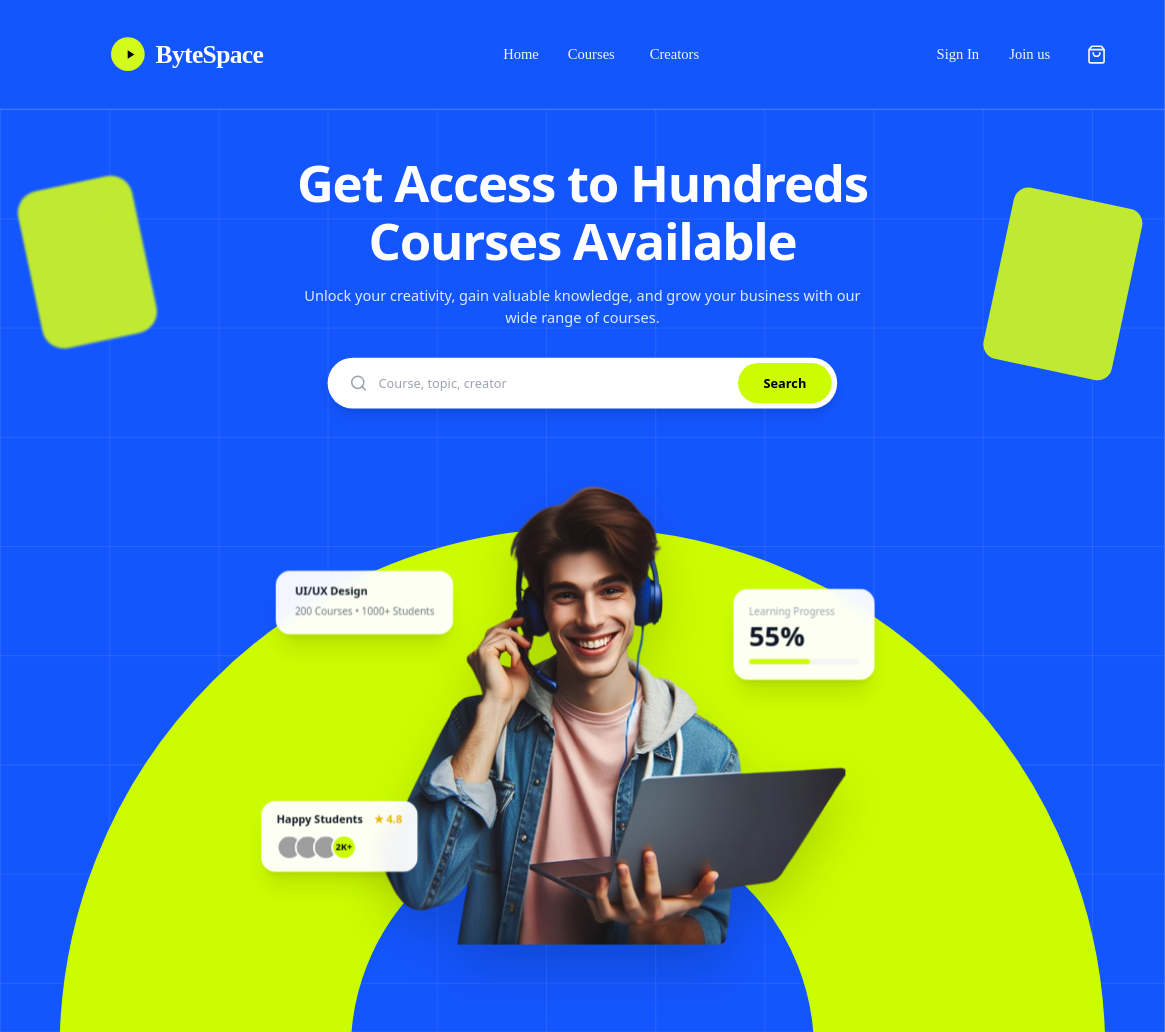
Repository: mdkawsarjomadder/bytespace
Page: /
An editor plug-in stored every save of this project. The page is shown before and after the next save, followed by the edit.
The browser window is 1280 px wide. The pictures show the whole page, at 91% of full size.
Pictures or frames that could not be fetched are drawn as grey boxes. Some web fonts or font styles are not loaded; a fallback is used. The project was rebuilt for these pictures with package versions that can differ from the ones it lists, and the page was loaded fresh each time. Also part of the build but not shown: vite.config.js.

Above is the page before, as saved 2026-09-29 18:00:55.

### index.html
<!doctype html>
<html lang="en">
  <head>
    <meta charset="UTF-8" />
    <link rel="icon" type="image/svg+xml" href="/favicon.svg" />
    <meta name="viewport" content="width=device-width, initial-scale=1.0" />
    <title>bytespace</title>
  </head>
  <body>
    <div id="root"></div>
    <script type="module" src="/src/main.jsx"></script>
    <link href="https://api.fontshare.com/v2/css?f[]=satoshi@400,500,700&display=swap" rel="stylesheet">
  </body>
</html>

### src/App.jsx
import React from 'react';
import Navbar from './components/Navbar';
import Hero from './components/Hero';

function App() {
  return (
    <div className="min-h-screen bg-gray-50 font-sans">
      <Navbar />
      <Hero />
    </div>
  );
}

export default App;

### src/components/Navbar.jsx
import React from 'react';
import { ShoppingBag } from 'lucide-react';

const Navbar = () => {
  return (
    <header className="w-full h-[120px] bg-[#1456fd] border-b border-blue-400/20 pl-[122px] pr-16 flex items-center justify-between relative z-50">
      {/* 1. Brand Logo (Figma Specs: 171px x 37px) */}
      <div
        className="w-[171px] h-[37px] flex items-center gap-3 cursor-pointer select-none"
        style={{ opacity: 1 }}
      >
        {/* Play Icon Logo */}
        <div className="w-[37px] h-[37px] rounded-full bg-[#d2fb1b] flex items-center justify-center shrink-0">
          <svg
            className="w-4 h-4 text-black fill-current translate-x-0.5"
            viewBox="0 0 24 24"
          >
            <path d="M8 5v14l11-7z" />
          </svg>
        </div>
        {/* Logo Text */}
        <span className="text-[28px] font-bold tracking-tight text-white leading-none font-['Satoshi']">
          ByteSpace
        </span>
      </div>

      {/* 2. Navigation Links */}
      <nav className="hidden md:flex items-center gap-8 font-['Satoshi']">
        <a
          href="#home"
          className="text-[#F5F5F6] text-[16px] leading-[160%] font-normal hover:text-[#d2fb1b] transition-colors"
        >
          Home
        </a>
        <a
          href="#courses"
          className="w-[58px] h-[26px] flex items-center text-[#F5F5F6] text-[16px] leading-[160%] font-normal hover:text-[#d2fb1b] transition-colors"
          style={{ opacity: 1 }}
        >
          Courses
        </a>
        <a
          href="#creators"
          className="text-[#F5F5F6] text-[16px] leading-[160%] font-normal hover:text-[#d2fb1b] transition-colors"
        >
          Creators
        </a>
      </nav>

      {/* 3. Action Buttons & Cart */}
      <div className="flex items-center gap-6 font-['Satoshi']">
        <button
          className="w-[49px] h-[24px] flex items-center justify-center text-[#F5F5F6] text-[16px] leading-[24px] font-normal hover:text-white/80 transition-colors"
          style={{ opacity: 1 }}
        >
          Sign In
        </button>
        <button
          className="h-[24px] px-2 flex items-center justify-center text-[#F5F5F6] text-[16px] leading-[24px] font-normal hover:text-white/80 transition-colors"
          style={{ opacity: 1 }}
        >
          Join us
        </button>
        <button className="text-[#F5F5F6] hover:text-[#d2fb1b] transition-colors flex items-center justify-center ml-2">
          <ShoppingBag size={22} strokeWidth={2} />
        </button>
      </div>
    </header>
  );
};

export default Navbar;

### src/components/Hero.jsx
import React from 'react';
import { Search } from 'lucide-react';
import One1 from '../assets/01.png';

const Hero = () => {
  return (
    <section className="relative w-full bg-[#1456fd] overflow-hidden pt-12 pb-24 text-white flex flex-col items-center">
      {/* 1. Background Grid Accent Lines */}
      <div className="absolute inset-0 bg-[linear-gradient(to_right,#ffffff15_1px,transparent_1px),linear-gradient(to_bottom,#ffffff15_1px,transparent_1px)] bg-[size:120px_120px] pointer-events-none" />

      {/* 2. Figma Ellipse 7 (1149px x 1149px with 320px border #CBFC01) */}
      <div
        className="absolute rounded-full pointer-events-none z-0"
        style={{
          width: '1149px',
          height: '1149px',
          top: '460px',
          left: '50%',
          transform: 'translateX(-50%)',
          border: '320px solid #CBFC01',
          boxSizing: 'border-box',
        }}
      />

      {/* 3. Decorative 3D Elements */}
      <div className="absolute left-8 top-20 w-32 h-44 bg-[#d2fb1b] rounded-3xl opacity-90 blur-[1px] transform -rotate-12 pointer-events-none hidden lg:block" />
      <div className="absolute right-10 top-24 w-36 h-48 bg-[#d2fb1b] rounded-2xl opacity-90 transform rotate-12 pointer-events-none hidden lg:block" />

      {/* 4. Top Text & Search Bar Container (Figma: Fixed 1200px, Gap 60px) */}
      <div className="relative z-10 w-full max-w-[1200px] mx-auto px-4 flex flex-col items-center text-center">

        {/* Main Headline */}
        <h1 className="text-4xl md:text-[56px] font-bold tracking-tight text-white leading-[1.15] max-w-[900px]">
          Get Access to Hundreds <br /> Courses Available
        </h1>

        {/* Subtitle */}
        <p className="mt-4 text-sm md:text-base text-blue-100 max-w-[650px] font-normal leading-relaxed">
          Unlock your creativity, gain valuable knowledge, and grow your business with our wide range of courses.
        </p>

        {/* Search Bar */}
        <div className="mt-8 w-full max-w-[560px] bg-white rounded-full p-1.5 pl-6 flex items-center shadow-lg justify-between gap-3">
          <div className="flex items-center gap-3 w-full">
            <Search className="w-5 h-5 text-gray-400 shrink-0" />
            <input
              type="text"
              placeholder="Course, topic, creator"
              className="w-full bg-transparent text-gray-800 placeholder-gray-400 focus:outline-none text-sm font-medium"
            />
          </div>
          <button className="bg-[#CBFC01] hover:bg-[#b5e200] text-black font-semibold text-sm px-7 py-3 rounded-full transition-all duration-200 shrink-0 cursor-pointer">
            Search
          </button>
        </div>
      </div>

      {/* 5. Hero Visual Area (Exact Figma Specs: Width 578px, Height 541px) */}
      <div className="relative w-full max-w-[578px] h-[541px] mt-12 flex justify-center items-end z-10">

        {/* Main Student Image */}
        <img
          src={One1}
          alt="Student Learning"
          className="w-[578px] h-[541px] top-512 left-431  object-contain relative z-10 drop-shadow-2xl"
        />

        {/* Floating Card: UI/UX Design (Top Left) */}
        <div className="absolute -left-12 top-[130px] z-20 bg-white/95 backdrop-blur text-black p-3.5 px-5 rounded-2xl shadow-xl border border-white/20">
          <span className="text-xs font-bold text-gray-900 block">UI/UX Design</span>
          <span className="text-[11px] text-gray-500 font-medium">200 Courses • 1000+ Students</span>
        </div>

        {/* Floating Card: Learning Progress (Top Right) */}
        <div className="absolute -right-8 top-[150px] z-20 bg-white/95 backdrop-blur text-black p-4 rounded-2xl shadow-xl border border-white/20 min-w-[155px]">
          <span className="text-[11px] font-medium text-gray-400 block mb-1">Learning Progress</span>
          <span className="text-3xl font-extrabold text-gray-900 block leading-none">55%</span>
          <div className="w-full bg-gray-100 h-1.5 rounded-full mt-2.5 overflow-hidden">
            <div className="bg-[#CBFC01] h-full w-[55%] rounded-full" />
          </div>
        </div>

        {/* Floating Card: Happy Students (Bottom Left) */}
        <div className="absolute -left-16 bottom-[80px] z-20 bg-white/95 backdrop-blur text-black p-3 px-4 rounded-2xl shadow-xl border border-white/20">
          <div className="flex items-center justify-between gap-3 mb-2">
            <span className="text-xs font-bold text-gray-900">Happy Students</span>
            <span className="text-xs font-semibold text-yellow-500">★ 4.8</span>
          </div>
          <div className="flex items-center -space-x-2">
            <img className="w-7 h-7 rounded-full border-2 border-white object-cover" src="https://images.unsplash.com/photo-1534528741775-53994a69daeb?auto=format&fit=crop&w=64&q=80" alt="avatar" />
            <img className="w-7 h-7 rounded-full border-2 border-white object-cover" src="https://images.unsplash.com/photo-1507003211169-0a1dd7228f2d?auto=format&fit=crop&w=64&q=80" alt="avatar" />
            <img className="w-7 h-7 rounded-full border-2 border-white object-cover" src="https://images.unsplash.com/photo-1494790108377-be9c29b29330?auto=format&fit=crop&w=64&q=80" alt="avatar" />
            <div className="w-7 h-7 rounded-full bg-[#CBFC01] border-2 border-white flex items-center justify-center text-[10px] font-bold text-black">
              2K+
            </div>
          </div>
        </div>

      </div>
    </section>
  );
};

export default Hero;

Loaded but not shown: src/main.jsx (common file); src/index.css (common file); tailwind.config.js (common file)

After the next save:
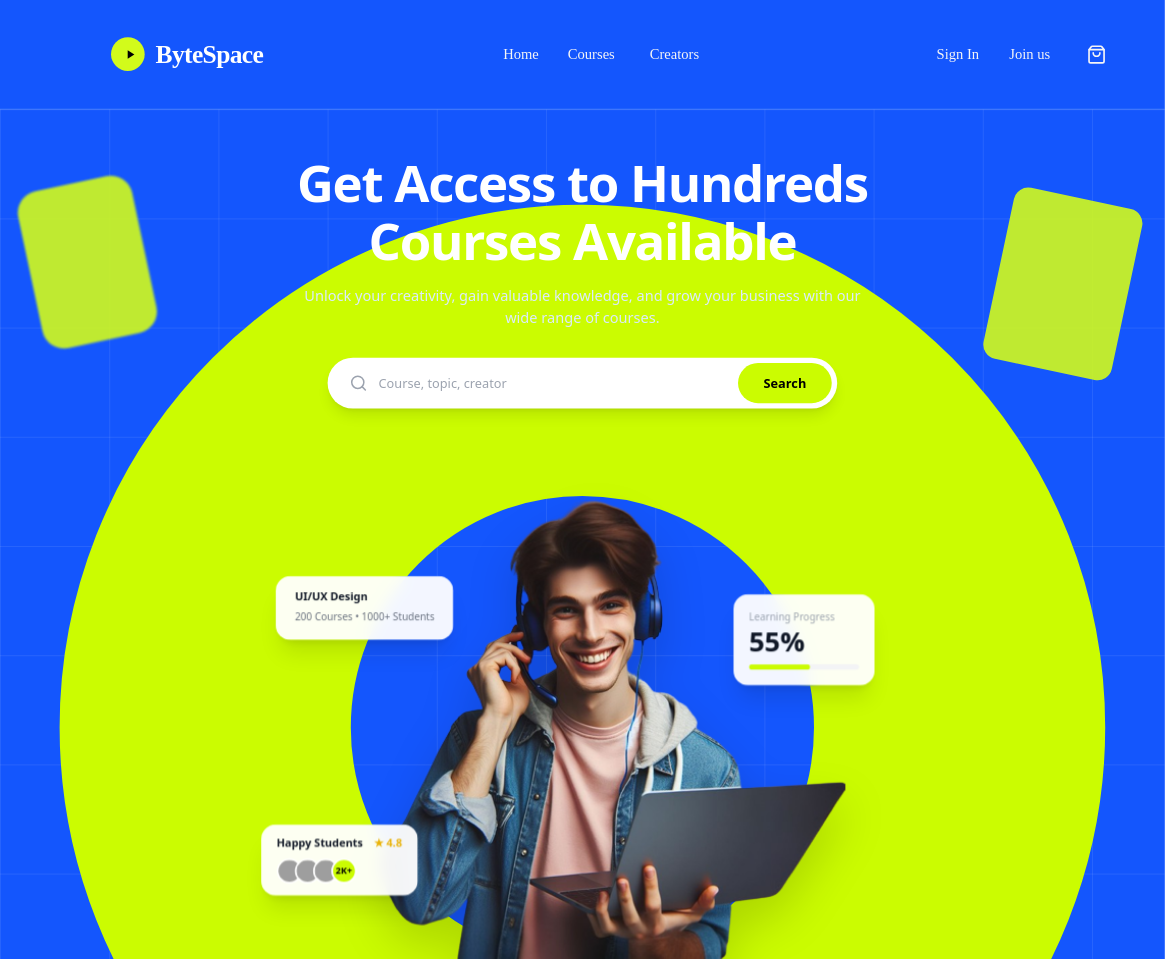
Saved 2 min 48 s later.
--- a/src/components/Hero.jsx
+++ b/src/components/Hero.jsx
@@ -4,7 +4,7 @@
 
 const Hero = () => {
   return (
-    <section className="relative w-full bg-[#1456fd] overflow-hidden pt-12 pb-24 text-white flex flex-col items-center">
+    <section className="relative w-full bg-[#1456fd] overflow-hidden pt-12 pb-0 text-white flex flex-col items-center">
       {/* 1. Background Grid Accent Lines */}
       <div className="absolute inset-0 bg-[linear-gradient(to_right,#ffffff15_1px,transparent_1px),linear-gradient(to_bottom,#ffffff15_1px,transparent_1px)] bg-[size:120px_120px] pointer-events-none" />
 
@@ -14,7 +14,7 @@
         style={{
           width: '1149px',
           height: '1149px',
-          top: '460px',
+          bottom: '-320px',
           left: '50%',
           transform: 'translateX(-50%)',
           border: '320px solid #CBFC01',
@@ -55,24 +55,24 @@
         </div>
       </div>
 
-      {/* 5. Hero Visual Area (Exact Figma Specs: Width 578px, Height 541px) */}
-      <div className="relative w-full max-w-[578px] h-[541px] mt-12 flex justify-center items-end z-10">
+      {/* 5. Hero Visual Area (Image sitting flat at bottom) */}
+      <div className="relative w-full max-w-[578px] mt-16 flex justify-center items-end z-10">
 
         {/* Main Student Image */}
         <img
           src={One1}
           alt="Student Learning"
-          className="w-[578px] h-[541px] top-512 left-431  object-contain relative z-10 drop-shadow-2xl"
+          className="w-[578px] h-auto object-contain relative z-10 drop-shadow-2xl block align-bottom pointer-events-none"
         />
 
         {/* Floating Card: UI/UX Design (Top Left) */}
-        <div className="absolute -left-12 top-[130px] z-20 bg-white/95 backdrop-blur text-black p-3.5 px-5 rounded-2xl shadow-xl border border-white/20">
+        <div className="absolute -left-12 top-[120px] z-20 bg-white/95 backdrop-blur text-black p-3.5 px-5 rounded-2xl shadow-xl border border-white/20">
           <span className="text-xs font-bold text-gray-900 block">UI/UX Design</span>
           <span className="text-[11px] text-gray-500 font-medium">200 Courses • 1000+ Students</span>
         </div>
 
         {/* Floating Card: Learning Progress (Top Right) */}
-        <div className="absolute -right-8 top-[150px] z-20 bg-white/95 backdrop-blur text-black p-4 rounded-2xl shadow-xl border border-white/20 min-w-[155px]">
+        <div className="absolute -right-8 top-[140px] z-20 bg-white/95 backdrop-blur text-black p-4 rounded-2xl shadow-xl border border-white/20 min-w-[155px]">
           <span className="text-[11px] font-medium text-gray-400 block mb-1">Learning Progress</span>
           <span className="text-3xl font-extrabold text-gray-900 block leading-none">55%</span>
           <div className="w-full bg-gray-100 h-1.5 rounded-full mt-2.5 overflow-hidden">
@@ -81,7 +81,7 @@
         </div>
 
         {/* Floating Card: Happy Students (Bottom Left) */}
-        <div className="absolute -left-16 bottom-[80px] z-20 bg-white/95 backdrop-blur text-black p-3 px-4 rounded-2xl shadow-xl border border-white/20">
+        <div className="absolute -left-16 bottom-[70px] z-20 bg-white/95 backdrop-blur text-black p-3 px-4 rounded-2xl shadow-xl border border-white/20">
           <div className="flex items-center justify-between gap-3 mb-2">
             <span className="text-xs font-bold text-gray-900">Happy Students</span>
             <span className="text-xs font-semibold text-yellow-500">★ 4.8</span>

After the save that followed:
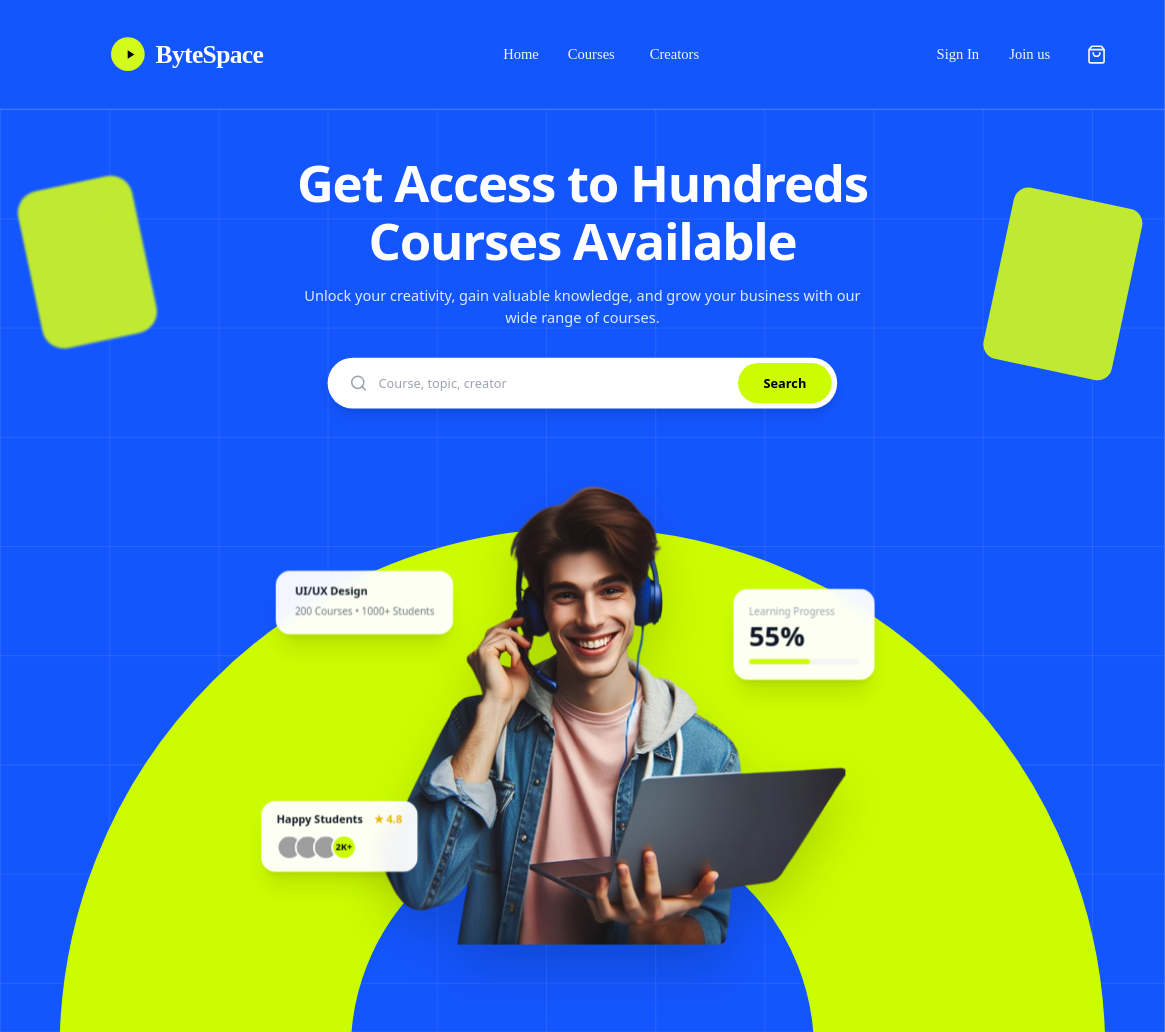
Saved 39 s later.
--- a/src/components/Hero.jsx
+++ b/src/components/Hero.jsx
@@ -4,7 +4,7 @@
 
 const Hero = () => {
   return (
-    <section className="relative w-full bg-[#1456fd] overflow-hidden pt-12 pb-0 text-white flex flex-col items-center">
+    <section className="relative w-full bg-[#1456fd] overflow-hidden pt-12 pb-24 text-white flex flex-col items-center">
       {/* 1. Background Grid Accent Lines */}
       <div className="absolute inset-0 bg-[linear-gradient(to_right,#ffffff15_1px,transparent_1px),linear-gradient(to_bottom,#ffffff15_1px,transparent_1px)] bg-[size:120px_120px] pointer-events-none" />
 
@@ -14,7 +14,7 @@
         style={{
           width: '1149px',
           height: '1149px',
-          bottom: '-320px',
+          top: '460px',
           left: '50%',
           transform: 'translateX(-50%)',
           border: '320px solid #CBFC01',
@@ -55,24 +55,24 @@
         </div>
       </div>
 
-      {/* 5. Hero Visual Area (Image sitting flat at bottom) */}
-      <div className="relative w-full max-w-[578px] mt-16 flex justify-center items-end z-10">
+      {/* 5. Hero Visual Area (Exact Figma Specs: Width 578px, Height 541px) */}
+      <div className="relative w-full max-w-[578px] h-[541px] mt-12 flex justify-center items-end z-10">
 
         {/* Main Student Image */}
         <img
           src={One1}
           alt="Student Learning"
-          className="w-[578px] h-auto object-contain relative z-10 drop-shadow-2xl block align-bottom pointer-events-none"
+          className="w-[578px] h-[541px] top-512 left-453  object-contain relative z-10 drop-shadow-2xl"
         />
 
         {/* Floating Card: UI/UX Design (Top Left) */}
-        <div className="absolute -left-12 top-[120px] z-20 bg-white/95 backdrop-blur text-black p-3.5 px-5 rounded-2xl shadow-xl border border-white/20">
+        <div className="absolute -left-12 top-[130px] z-20 bg-white/95 backdrop-blur text-black p-3.5 px-5 rounded-2xl shadow-xl border border-white/20">
           <span className="text-xs font-bold text-gray-900 block">UI/UX Design</span>
           <span className="text-[11px] text-gray-500 font-medium">200 Courses • 1000+ Students</span>
         </div>
 
         {/* Floating Card: Learning Progress (Top Right) */}
-        <div className="absolute -right-8 top-[140px] z-20 bg-white/95 backdrop-blur text-black p-4 rounded-2xl shadow-xl border border-white/20 min-w-[155px]">
+        <div className="absolute -right-8 top-[150px] z-20 bg-white/95 backdrop-blur text-black p-4 rounded-2xl shadow-xl border border-white/20 min-w-[155px]">
           <span className="text-[11px] font-medium text-gray-400 block mb-1">Learning Progress</span>
           <span className="text-3xl font-extrabold text-gray-900 block leading-none">55%</span>
           <div className="w-full bg-gray-100 h-1.5 rounded-full mt-2.5 overflow-hidden">
@@ -81,7 +81,7 @@
         </div>
 
         {/* Floating Card: Happy Students (Bottom Left) */}
-        <div className="absolute -left-16 bottom-[70px] z-20 bg-white/95 backdrop-blur text-black p-3 px-4 rounded-2xl shadow-xl border border-white/20">
+        <div className="absolute -left-16 bottom-[80px] z-20 bg-white/95 backdrop-blur text-black p-3 px-4 rounded-2xl shadow-xl border border-white/20">
           <div className="flex items-center justify-between gap-3 mb-2">
             <span className="text-xs font-bold text-gray-900">Happy Students</span>
             <span className="text-xs font-semibold text-yellow-500">★ 4.8</span>
